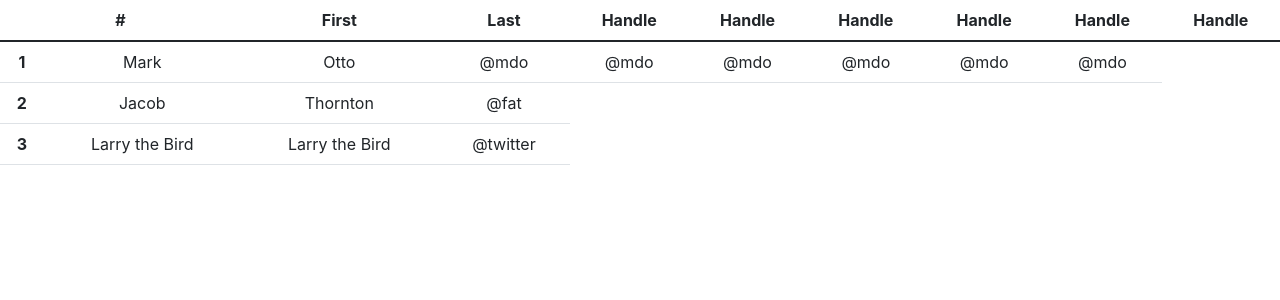
Repository: tuan842001/thulam
Page: /
An editor plug-in stored every save of this project. The page is shown before and after the next save, followed by the edit.
The browser window is 1280 px wide. The pictures show the whole page.
The project was rebuilt for these pictures with package versions that can differ from the ones it lists, and the page was loaded fresh each time.

Above is the page before, as saved 2022-01-11 14:41:30.

### public/index.html
<!DOCTYPE html>
<html lang="en">
  <head>
    <meta charset="utf-8" />
    <link rel="icon" href="%PUBLIC_URL%/favicon.ico" />
    <meta name="viewport" content="width=device-width, initial-scale=1" />
    <meta name="theme-color" content="#000000" />
    <meta
      name="description"
      content="Web site created using create-react-app"
    />

    <link href="https://cdn.jsdelivr.net/npm/bootstrap@5.1.3/dist/css/bootstrap.min.css" rel="stylesheet" integrity="sha384-1BmE4kWBq78iYhFldvKuhfTAU6auU8tT94WrHftjDbrCEXSU1oBoqyl2QvZ6jIW3" crossorigin="anonymous">
<script src="https://cdn.jsdelivr.net/npm/bootstrap@5.1.3/dist/js/bootstrap.bundle.min.js" integrity="sha384-ka7Sk0Gln4gmtz2MlQnikT1wXgYsOg+OMhuP+IlRH9sENBO0LRn5q+8nbTov4+1p" crossorigin="anonymous"></script>
    <title>React App</title>
  </head>
  <body>
    <noscript>You need to enable JavaScript to run this app.</noscript>
    <div id="root"></div>

  </body>
</html>

### src/App.js
import "./App.css";

function App() {
  return (
    <div className="App">
      <table class="table">
        <thead>
          <tr>
            <th scope="col" colspan="2">
              #
            </th>
            <th scope="col">First</th>
            <th scope="col">Last</th>
            <th scope="col">Handle</th>
            <th scope="col">Handle</th>
            <th scope="col">Handle</th>
            <th scope="col">Handle</th>
            <th scope="col">Handle</th>
            <th scope="col">Handle</th>
          </tr>
        </thead>
        <tbody>
          <tr>
            <th scope="row">1</th>
            <td>Mark</td>
            <td>Otto</td>
            <td>@mdo</td>
            <td>@mdo</td>
            <td>@mdo</td>
            <td>@mdo</td>
            <td>@mdo</td>
            <td>@mdo</td>
          </tr>
          <tr>
            <th scope="row">2</th>
            <td>Jacob</td>
            <td>Thornton</td>
            <td>@fat</td>
          </tr>
          <tr>
            <th scope="row">3</th>
            <td>Larry the Bird</td>
            <td>Larry the Bird</td>
            <td>@twitter</td>
          </tr>
        </tbody>
      </table>
    </div>
  );
}

export default App;

Loaded but not shown: src/index.js (common file); src/index.css (common file); src/App.css (common file)

After the next save:
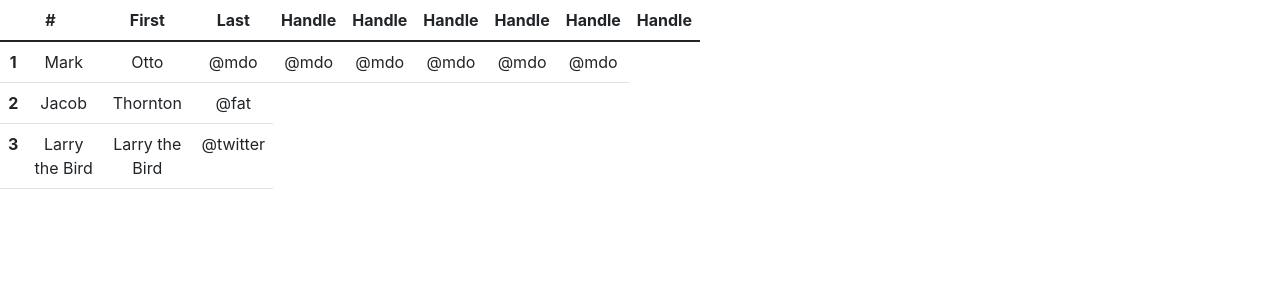
Saved 39 s later.
--- a/src/App.js
+++ b/src/App.js
@@ -3,7 +3,7 @@ import "./App.css";
 function App() {
   return (
     <div className="App">
-      <table class="table">
+      <table class="table" style={{ width: "700px" }}>
         <thead>
           <tr>
             <th scope="col" colspan="2">
